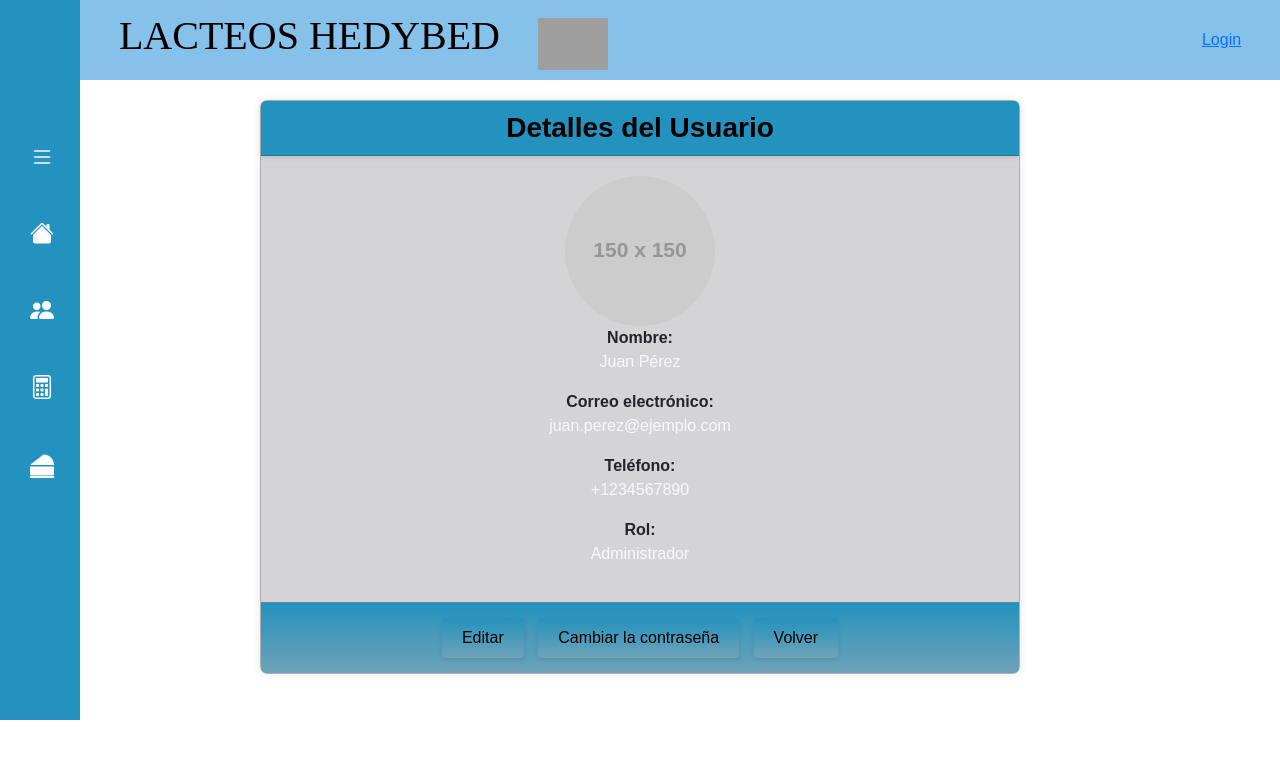
Repository: danielsanz08/RENDER
Page: http://localhost/ver_perfil/
These files come from the project's save history. The page is drawn as it stood at one moment and after the next save; the edit follows.
The browser window is 1280 px wide. The pictures show the whole page.
Pictures or frames that could not be fetched are drawn as grey boxes. The page is served by the project's application, run on Django 4.2 (manage.py). Other server files are loaded and not shown.

Above is the page before, as saved 2024-08-05 16:36:20.
Console error: TypeError: Cannot read properties of null (reading 'addEventListener')

### libreria/templates/usuario/ver.html
{% extends "navbar.html" %}

{% load static %}

{% block titulo %}  {% endblock %}

{% block contenido %}
<link href="https://cdn.jsdelivr.net/npm/bootstrap@5.3.0/dist/css/bootstrap.min.css" rel="stylesheet">
<link href="{% static 'css/ver_perfil.css' %}?v1.3" rel="stylesheet" />
<div class="container">
    <div class="card">
        <div class="card-header">
            <h3 class="card-title"><b>Detalles del Usuario</b></h3>
        </div>
        <div class="card-body">
            <div class="profile-picture">
                <img src="https://via.placeholder.com/150" alt="Foto de perfil">
            </div>
            <div class="user-details">
                <div class="mb-3">
                    <label>Nombre:</label>
                    <p>Juan Pérez</p>
                </div>
                <div class="mb-3">
                    <label>Correo electrónico:</label>
                    <p>juan.perez@ejemplo.com</p>
                </div>
                <div class="mb-3">
                    <label>Teléfono:</label>
                    <p>+1234567890</p>
                </div>
                <div class="mb-3">
                    <label>Rol:</label>
                    <p>Administrador</p>
                </div>
            </div>
        </div>
        <div class="card-footer">
            <a href="{% url 'editar_perfil' %}" class="btn btn-primary">Editar</a>
            <a href="{% url 'cambiar_contraseña' %}" class="btn btn-primary">Cambiar la contraseña</a>
            <a href="{% url 'usuario' %}" class="btn btn-primary">Volver</a>
        </div>
    </div>
</div>
{% endblock%}

### libreria/templates/navbar.html
{% load static %}
<!doctype html>
<html lang="en">
<head>
  <title>{% block titulo %}Lacteos Hedybed{% endblock %}</title>
  {% block css %}{% endblock %}
  <meta charset="utf-8" />
  <meta name="viewport" content="width=device-width, initial-scale=1, shrink-to-fit=no" />

  <link href="https://cdn.jsdelivr.net/npm/bootstrap@5.3.2/dist/css/bootstrap.min.css" rel="stylesheet" integrity="sha384-T3c6CoIi6uLrA9TneNEoa7RxnatzjcDSCmG1MXxSR1GAsXEV/Dwwykc2MPK8M2HN" crossorigin="anonymous" />

  <link rel="stylesheet" href="https://cdn.jsdelivr.net/npm/bootstrap-icons@1.10.5/font/bootstrap-icons.css">
  <link href="{% static 'css/navbar.css' %}?v.1.4" rel="stylesheet" />
  <link rel="stylesheet" href="https://cdnjs.cloudflare.com/ajax/libs/font-awesome/6.0.0-beta3/css/all.min.css">

</head>
<style>
  body.dark .menu{
    background-color: #165a75;
  }
  body.dark header{
    background-color: #165a75;
}
body.dark body{
  background-color: black;
}
</style>
<body id="body">
  <header>
    <h1>LACTEOS HEDYBED</h1>
    <div class="nombre">
      <img src="{% static 'imagen/logo_hedybed-sf.png' %}" width="70" alt="Logo Hedybed">
    </div>

    <input type="checkbox" id="toggle">
    <div class="user">
      {% if user.is_authenticated %}
        <a href="{% url 'logout' %}">
          <div class="opcion">
            <i class="fas fa-sign-out-alt"></i>

          </div>
          </a>
          <span>Usuario: {{ user.username }}</span>
        {% else %}
          <a href={% url 'login' %}>Login</a>
          {% endif %}
    </div>
  </header>
  <main>
    <div class="menu" id="menu">
      <div class="opciones_menu">
        <div class="opcion">
          <i class="bi bi-list" id="btn_open"></i>
        </div>
        <a href="{% url 'inicio' %}" class="select">

          <div class="opcion">
            <i class="bi bi-house-fill" title="Inicio"></i>
            <h4>Inicio</h4>
          </div>
        </a>
        <a href="{% url 'usuario' %}">
          <div class="opcion">
            <i class="bi bi-people-fill" title="Usuario"></i>
            <h4>Usuario</h4>
          </div>
        </a>
        <a href="{% url 'contabilidad' %}">
          <div class="opcion">
            <i class="bi bi-calculator" title="Contabilidad"></i>
            <h4>Contabilidad</h4>
          </div>
        </a>
        <a href="{% url 'insumos' %}">
          <div class="opcion">
            <i class="fas fa-cheese" title="Insumos"></i>
            <h4>Insumos</h4>
          </div>
        </a>
        <label for="toggle">
          <i class="fas fa-moon fa-2x" id="moon"></i>

        </label>
      </div>
    </div>
    {% block contenido %}
    <!-- El contenido específico de cada página irá aquí -->
    {% endblock %}
  </main>
  <footer>
  </footer>


  <script src="https://cdn.jsdelivr.net/npm/@popperjs/core@2.11.8/dist/umd/popper.min.js" integrity="sha384-I7E8VVD/ismYTF4hNIPjVp/Zjvgyol6VFvRkX/vR+Vc4jQkC+hVqc2pM8ODewa9r" crossorigin="anonymous"></script>
  <script src="https://cdn.jsdelivr.net/npm/bootstrap@5.3.2/dist/js/bootstrap.min.js" integrity="sha384-BBtl+eGJRgqQAUMxJ7pMwbEyER4l1g+O15P+16Ep7Q9Q+zqX6gSbd85u4mG4QzX+" crossorigin="anonymous"></script>
  <script src="{% static 'js/navbar.js' %}"></script>

  <script>
    document.getElementById("btn_open").addEventListener("click", open_close_menu);

    var menu = document.getElementById("menu");
    var body = document.getElementById("body");

    function open_close_menu() {
      body.classList.toggle("body_mov");
      menu.classList.toggle("menu_mov");
    }

    function darkMode() {
  var toggle = document.getElementById('toggle');

  toggle.checked = localStorage.getItem('darkMode') === 'true';

  toggle.addEventListener('change', function(event) {
    if (event.target.checked) {
      document.body.classList.add('dark');
      localStorage.setItem('darkMode', true);
    } else {
      document.body.classList.remove('dark');
      localStorage.setItem('darkMode', false);
    }
  });

  // Aplicar el modo oscuro al cargar la página si está activo
  if (toggle.checked) {
    document.body.classList.add('dark');
  }
}

document.addEventListener('DOMContentLoaded', darkMode);
  </script>
  {% block js %}
  {% endblock %}
</body>
</html>

### libreria/views.py
from django.shortcuts import render, redirect
from django.http import HttpResponse,JsonResponse
from .models import Transaccion, User,Insumo
from django.contrib.auth.decorators import login_required
from .forms import InsumoForm

# Create your views here.


def inicio(request):
    return render(request,'index/index.html' )
@login_required
def usuario(request):
    return render(request, 'usuario/usuario.html')

@login_required
def contabilidad(request):
    return render(request, 'paginas/finanza.html')
@login_required
def insumos(request):
    return render(request, 'insumos/insumos.html')


def ver_perfil(request):
    return render(request, 'usuario/ver.html')


def editar_perfil(request):
    return render(request, 'usuario/editar.html')


def cambiar_contraseña(request):
    return render(request, 'usuario/nueva_contraseña.html')


def login(request):
    return render(request, 'login/login.html')

def ver_transacciones(request):
    transacciones = Transaccion.objects.all()
    return render(request, 'transacciones/ver.html', {'transacciones':transacciones})

def crear_transacciones(request):
    if request.method == 'POST':
        tipo = request.POST['tipo']
        descripcion = request.POST['descripcion']
        monto = request.POST['monto']
        fecha = request.POST['fecha']

        transaccion = Transaccion(tipo=tipo, descripcion=descripcion, monto=monto, fecha=fecha)
        transaccion.save()

        return redirect('ver_transacciones')  # Redirige a la vista para ver las transacciones

    return render(request, 'transacciones/crear.html')
def eliminar (request, id):
    transaccione = Transaccion.objects.get(id=id)
    transaccione.delete()
    return redirect('ver_transacciones')
def search(request):
    search_type = request.GET.get('type')
    query = request.GET.get('query')

    if search_type == 'fecha':
        transacciones = Transaccion.objects.filter(fecha__icontains=query)
    elif search_type == 'descripcion':
        transacciones = Transaccion.objects.filter(descripcion__icontains=query)
    else:
        transacciones = Transaccion.objects.all()

    results = list(transacciones.values('tipo', 'descripcion', 'monto', 'fecha'))
    return JsonResponse(results, safe=False)

def buscar_usuario(request):
    query = request.GET.get('query', '')  # Obtiene el parámetro 'query' de la solicitud
    usuarios = User.objects.filter(username__icontains=query)  # Filtra los usuarios según el nombre de usuario
    return render(request, 'usuarios/buscar.html', {'usuarios': usuarios, 'query': query})  # Renderiza la plantilla con los usuarios encontrados

def agregar_insumo(request):
    if request.method == 'POST':
        form = InsumoForm(request.POST)
        if form.is_valid():
            form.save()
            return redirect('consultar_insumo')
    else:
        form = InsumoForm()
    return render(request, 'insumos/agregar_insumo.html', {'form': form})

def editar_insumo(request):
    insumos = Insumo.objects.all()
    form = None

    if request.method == 'POST':
        nombre = request.POST.get('nombre')
        insumo = Insumo.objects.filter(nombre=nombre).first()

        if insumo:
            form = InsumoForm(request.POST, instance=insumo)
            if form.is_valid():
                form.save()
                return redirect('consultar_insumo')
        else:
            return render(request, 'insumos/editar_insumo.html', {'insumos': insumos})
    else:
        nombre = request.GET.get('nombre')
        if nombre:
            insumo = Insumo.objects.filter(nombre=nombre).first()
            if insumo:
                form = InsumoForm(instance=insumo)
            else:
                return render(request, 'insumos/editar_insumo.html', {'insumos': insumos})
    return render(request, 'insumos/editar_insumo.html', {'form': form, 'insumos': insumos})

def eliminar_insumo(request, id):
    insumos = Insumo.objects.get(id=id)
    insumos.delete()
    return redirect('consultar_insumo')

def consultar_insumo(request):
    query = request.GET.get('q', '')
    if query:
        insumos = Insumo.objects.filter(nombre__icontains=query)
    else:
        insumos = Insumo.objects.all()
    return render(request, 'insumos/consultar_insumo.html', {'insumos': insumos})

### sistema/urls.py
"""sistema URL Configuration

The `urlpatterns` list routes URLs to views. For more information please see:
    https://docs.djangoproject.com/en/4.1/topics/http/urls/
Examples:
Function views
    1. Add an import:  from my_app import views
    2. Add a URL to urlpatterns:  path('', views.home, name='home')
Class-based views
    1. Add an import:  from other_app.views import Home
    2. Add a URL to urlpatterns:  path('', Home.as_view(), name='home')
Including another URLconf
    1. Import the include() function: from django.urls import include, path
    2. Add a URL to urlpatterns:  path('blog/', include('blog.urls'))
"""
from django.contrib import admin
from django.urls import path, include

urlpatterns = [
    path('admin/', admin.site.urls),
    path('', include('libreria.urls') ),
    path('accounts/', include('django.contrib.auth.urls'))
]

### libreria/urls.py
from django.conf import settings
from django.conf.urls.static import static
from django.urls import path
from . import views

urlpatterns = [
    path('', views.inicio, name='home'),

    path('inicio/', views.inicio, name='inicio'),
    path('usuario/', views.usuario, name='usuario'),
    path('contabilidad/', views.contabilidad, name='contabilidad'),
    path('insumos/', views.insumos, name='insumos'),
    path('ver_perfil/', views.ver_perfil, name='ver_perfil'),
    path('editar_perfil/', views.editar_perfil, name='editar_perfil'),
    path('cambiar_contraseña/', views.cambiar_contraseña, name='cambiar_contraseña'),
    path('ver_transacciones/', views.ver_transacciones, name='ver_transacciones'),
    path('crear_transacciones/', views.crear_transacciones, name='crear_transacciones'),
    path('search/', views.search, name='search'),
    path('buscar_usuario/', views.buscar_usuario, name='buscar_usuario'),
    path('eliminar/<int:id>/', views.eliminar, name='eliminar'),
    path('agregar_insumo', views.agregar_insumo, name='agregar_insumo'),
    path('editar_insumo', views.editar_insumo, name='editar_insumo'),
    path('eliminar_insumo/<int:id>/', views.eliminar_insumo, name='eliminar_insumo'),
    path('consultar_insumo', views.consultar_insumo, name='consultar_insumo')
] + static(settings.MEDIA_URL, document_root=settings.MEDIA_ROOT)

### libreria/static/css/navbar.css
* {
    margin: 0;
    padding: 0;
    box-sizing: border-box;
    text-decoration: none;
    font-family: sans-serif;
}

body {
    margin-left: 80px;
    margin-top: 80px;
    transition: margin-left 300ms cubic-bezier(0.785, 0.135, 0.15, 0.86);
}


main {
    padding: 20px;
    text-align: center;
}

header {
    width: 100%;
    height: 80px;
    background-color: #85c1e9;
    color: black;
    align-items: center;
    position: fixed;
    display: flex;
    justify-content: center;
    align-items: center;
    top: 0;
    z-index: 200;
    transition: padding-left 300ms cubic-bezier(0.785, 0.135, 0.15, 0.86);
    padding-left: 80px;
}
.body_mov header {
    padding-left: 250px;
  }
.icon_menu {
    width: 50px;
    height: 100%;
    display: flex;
    justify-content: center;
    align-items: center;
    transform: translateX(10px);
}

.icon_menu i {
    font-size: 20px;
    cursor: pointer;
    position: absolute;
}

.menu {
    width: 80px;
    height: 100%;
    background-color: #2392be;
    position: fixed;
    top: 0;
    left: 0;
    color: white;
    font-size: 18px;
    z-index: 300;
    overflow: hidden;

    transition: all 300ms cubic-bezier(0.785, 0.135, 0.15, 0.86);
}

.menu_mov .opciones_menu .opcion h4 {
    opacity: 1;
  }
.nombre {
    padding: 20px 30px;
    display: flex;
    margin-left: 08px;
    margin-top: 08px;
    justify-content: center;
    align-items: center;
    cursor: pointer;
    transition: transform 0.3s ease, color 0.3s ease;
  }

  .nombre:hover {
    transform: scale(1.1) rotate(15deg);
    color: #838382; /* Color dorado */
  }

.opciones_menu {
    padding: 20px 30px;
    position: absolute;
    top: 100px;

    height: 100vh;
}

.opciones_menu a {
    color: white;
    cursor: default;
    display: block;
    position: relative;
    transition: color 300ms;
}

.opciones_menu a:hover {
    color: black;
}

.opciones_menu .opcion {
    display: flex;
    align-items: center;
    padding: 20px 0px;
}

.opciones_menu .opcion i {
    width: 20px;
    margin-right: 20px;
    font-size: 24px;
    cursor: pointer;
    transition: transform 0.3s ease, color 0.3s ease;
}
.opciones_menu .opcion i:hover {
    transform: scale(1.1) rotate(15deg);
    color: #838382; /* Color dorado */
  }

.opciones_menu .opcion h4 {
    white-space: nowrap;
      overflow: hidden;
      opacity: 0;
      transition: opacity 300ms ease;
}

/* Clases para usar en JavaScript */
.body_mov {
    margin-left: 250px;
}

.menu_mov {
    width: 250px;
}

a {
    text-decoration: none;
}

.white-box {
    width: 100%;
    height: 100%;
    background-color: white;
    border: 1px solid #167a1d;
}

.page {
    width: 80%;
    margin: 10% auto;
    padding: 20px;
    border: 1px solid black;
}

#toggle {
    display: none;
    cursor: pointer;
}
#moon {
    cursor: pointer;
    margin-top: 1000%;

  }

  #moon:hover {
    color: #838382; /* Color dorado */
  }

  h1{
    font-family: 'Roboto Slab', serif;
      font-weight: 700;
  }
  .user{
   padding-left: 47%;
  }

### libreria/static/css/ver_perfil.css
.container {
    max-width: 800px;
    margin: 50px auto;
    padding: 20px;
    padding-top: 30px;

}

.card {
    background-color: rgb(212, 212, 214);
    border-radius: 8px;
    box-shadow: 0 0 10px rgba(0, 0, 0, 0.1);

}
body.dark .card {
    background-color: #737373;
    box-shadow: 0 0 10px rgba(0, 0, 0, 0.1);
}
.card-header {
    background-color: #2392be;
    box-shadow: 0 2px 4px rgba(0, 0, 0, 0.1);
    color: #000000;
    padding: 10px 20px;
    border-top-left-radius: 8px;
    border-top-right-radius: 8px;
}
body.dark .card-header {
    background: linear-gradient(to right, #167a1d, #1d261d);
    box-shadow: 0 2px 4px rgba(0, 0, 0, 0.1);
    color: #fff;
}

.card-title {
    text-align: center;
    margin: 0;
}

.card-body {
    padding: 20px;
}

.profile-picture img {
    border-radius: 50%;
    display: block;
    margin: 0 auto;
}

.user-details {
    text-align: center;
}

.user-details label {
    font-weight: bold;
}

.user-details p {
    margin-bottom: 10px;
}

.card-footer {
    background: linear-gradient(to bottom, #2392be, #6fa2b8);
    padding: 10px 20px;
    border-bottom-left-radius: 8px;
    border-bottom-right-radius: 8px;
    text-align: center;
}
body.dark .card-footer {
    background-color: #4c4c4d;
}
body.dark  label, p{
    color: #f8f9fa;
}
.btn {
    display: inline-block;
    padding: 8px 20px;
    margin: 5px;
    border-radius: 4px;
    text-decoration: none;
    color: #000000;
    box-shadow: 0 2px 4px rgba(0, 0, 0, 0.1);
}

.btn-primary {
    background: linear-gradient(to bottom, #2392be, #6fa2b8);
    border: none;
}
body.dark .btn-primary {
    background: linear-gradient(to right, #167a1d, #1d261d);
    color: #ffffff;
}

.btn-primary:hover {
    opacity: 0.8;
}

### libreria/static/js/navbar.js
// Muestra u oculta el menú de usuario cuando se hace clic en la imagen del usuario
document.querySelector('.user img').addEventListener('click', function () {
  const menu = document.querySelector('.user-menu');
  // Alterna entre mostrar y ocultar el menú de usuario
  menu.style.display = menu.style.display === 'block' ? 'none' : 'block';
});

// Si se hace clic en cualquier parte fuera del menú de usuario, lo oculta
document.addEventListener('click', function (event) {
  const userMenu = document.getElementById('user-menu');
  const userAvatar = document.getElementById('user-avatar');

  // Si el clic no fue en el menú de usuario ni en el avatar, oculta el menú
  if (!userMenu.contains(event.target) && !userAvatar.contains(event.target)) {
    userMenu.style.display = 'none';
  }
});

// Muestra el menú de usuario cuando se hace clic en el avatar
document.getElementById('user-avatar').addEventListener('click', function () {
  const userMenu = document.getElementById('user-menu');
  userMenu.style.display = 'block'; // Muestra el menú de usuario
});

After the next save:
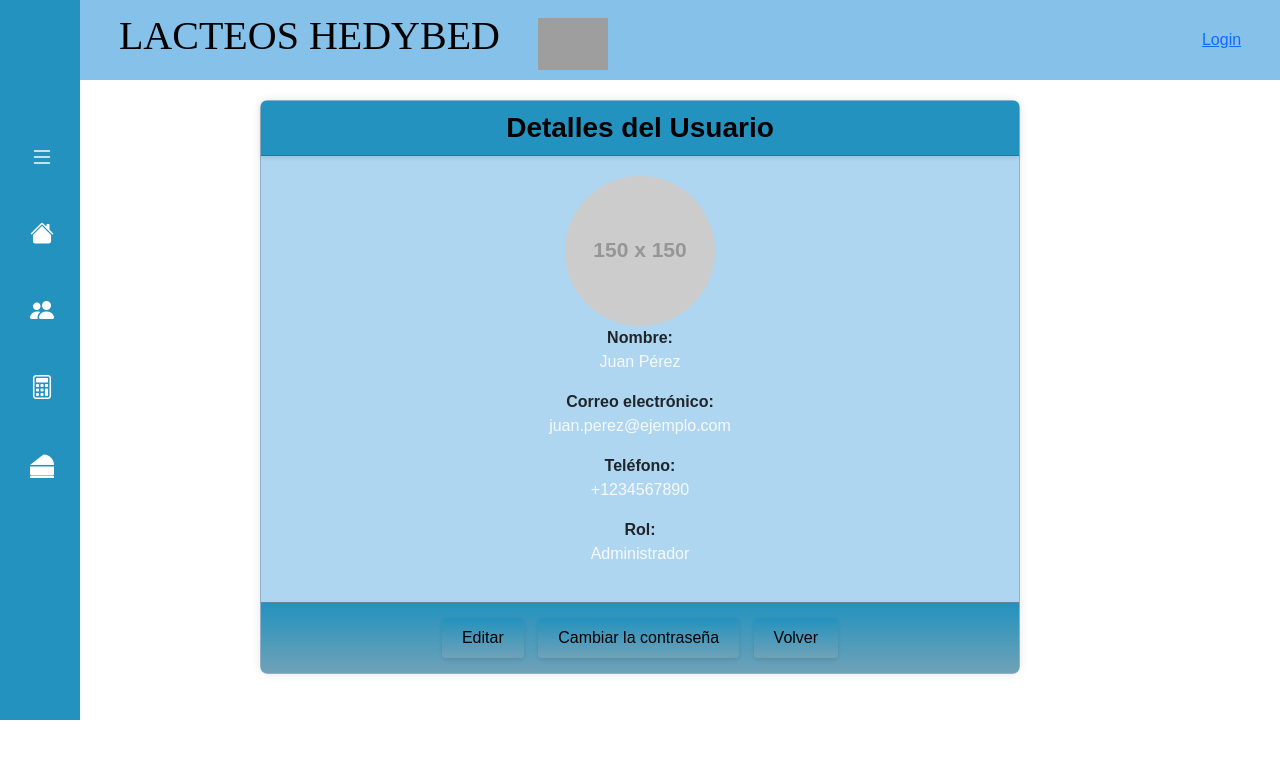
Saved 5 s later.
--- a/libreria/static/css/ver_perfil.css
+++ b/libreria/static/css/ver_perfil.css
@@ -7,7 +7,7 @@
 }
 
 .card {
-    background-color: rgb(212, 212, 214);
+    background-color: #aed6f1;
     border-radius: 8px;
     box-shadow: 0 0 10px rgba(0, 0, 0, 0.1);
 
